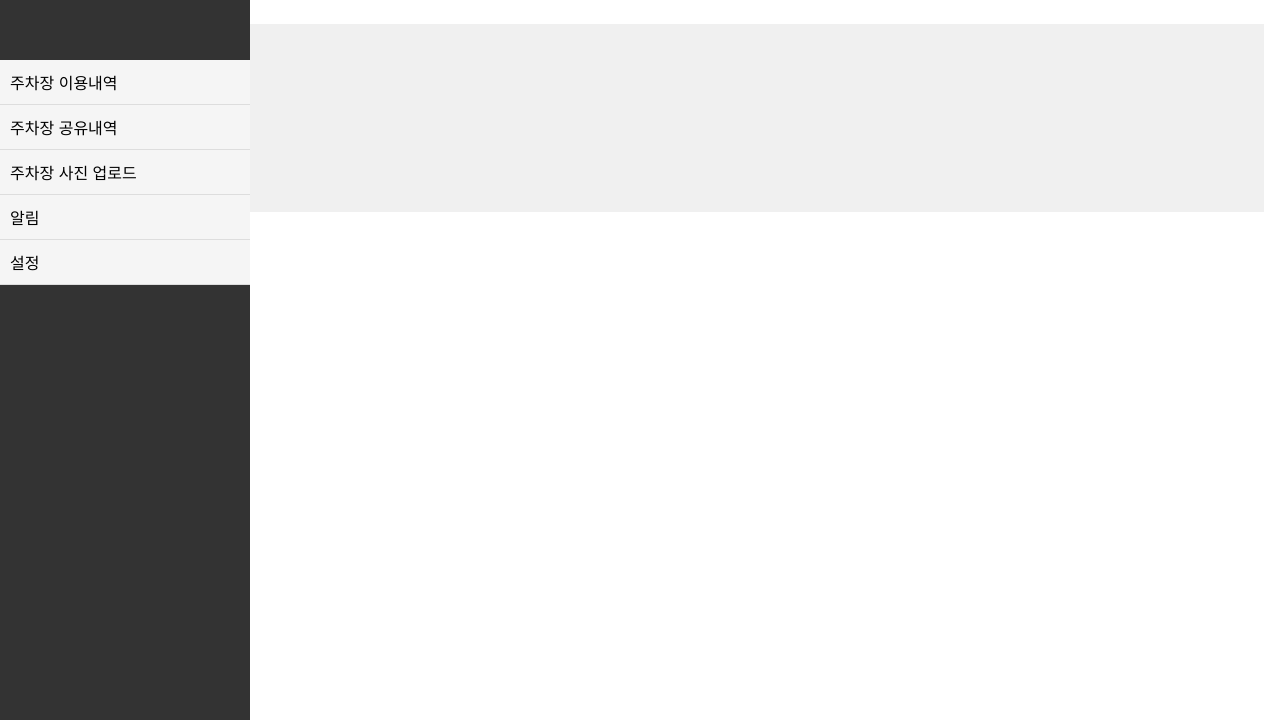
Repository: ohjjoa/reactTest
Page: /, after clicking the first element matching `img`
These files come from the project's save history. The page is drawn as it stood at one moment and after the next save; the edit follows.
The browser window is 1280 px wide. The pictures show the whole page.
The project was rebuilt for these pictures with package versions that can differ from the ones it lists, and the page was loaded fresh each time.

Above is the page before, as saved 2024-08-02 04:50:16.

After the next save:
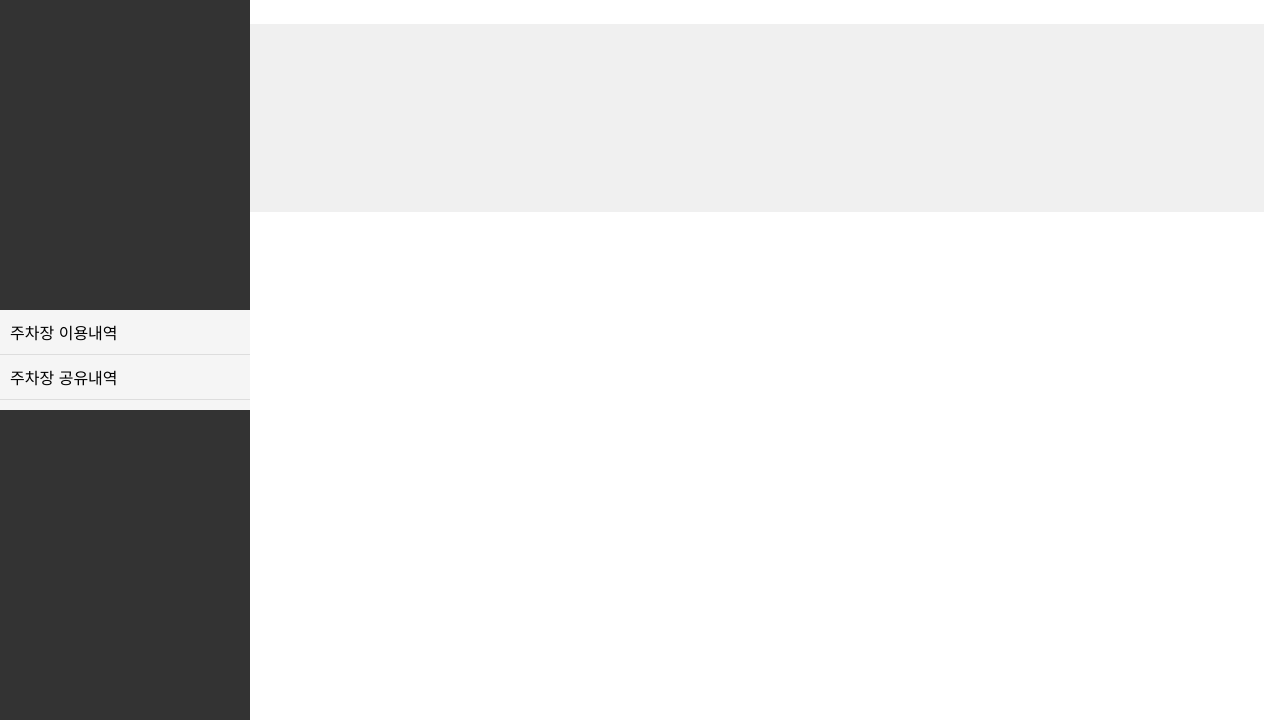
Saved 86 s later.
--- a/src/pages/Home/index.tsx
+++ b/src/pages/Home/index.tsx
@@ -88,7 +88,7 @@
       {sideBarOpen && (
         <SidebarOpen ref={sidebarRef}>
           <List
-            height={600} // 사이드바의 높이
+            height={100} // 사이드바의 높이
             itemCount={items.length} // 아이템 수
             itemSize={50} // 아이템의 높이
             width={250} // 사이드바의 너비

After the save that followed:
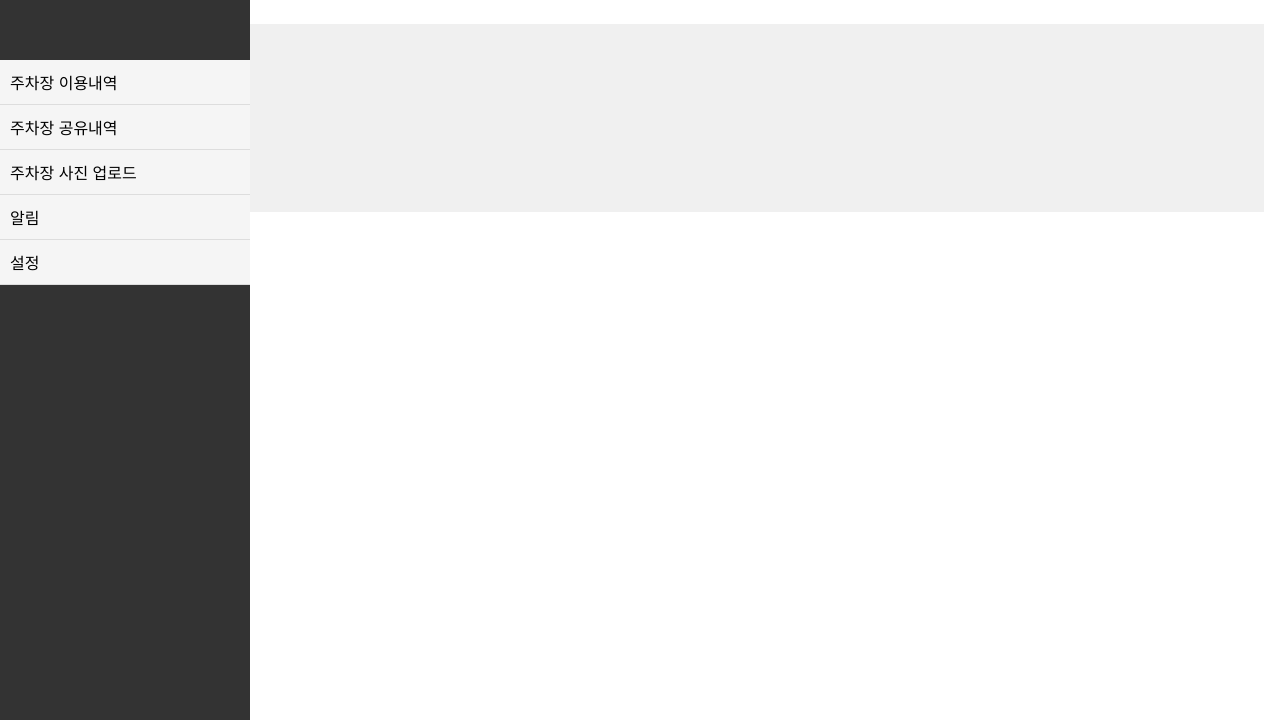
Saved 26 s later.
--- a/src/pages/Home/index.tsx
+++ b/src/pages/Home/index.tsx
@@ -88,10 +88,10 @@
       {sideBarOpen && (
         <SidebarOpen ref={sidebarRef}>
           <List
-            height={100} // 사이드바의 높이
+            height={600} // 사이드바의 높이
             itemCount={items.length} // 아이템 수
             itemSize={50} // 아이템의 높이
-            width={250} // 사이드바의 너비
+            width={600} // 사이드바의 너비
           >
             {Row}
           </List>
